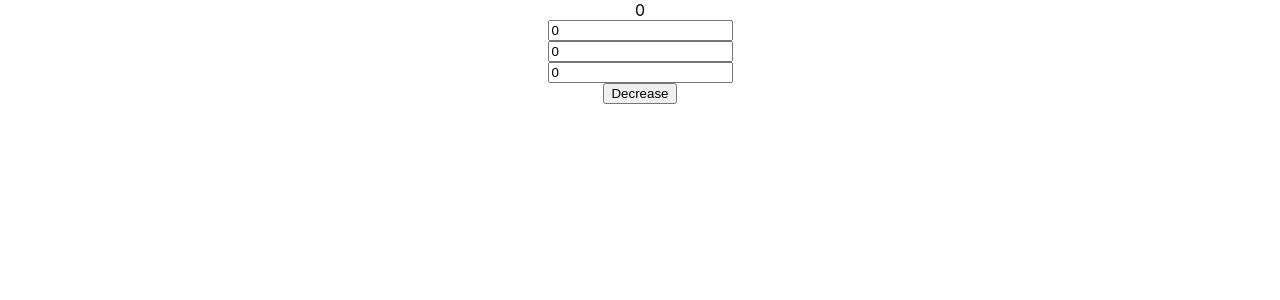
Repository: purnimapatel/SI-calculator
Page: /
The author's editor kept a copy of each file at every save. The page is drawn from the files as they stood at one save, then again after the next save.
The browser window is 1280 px wide. The pictures show the whole page.
The project was rebuilt for these pictures with package versions that can differ from the ones it lists, and the page was loaded fresh each time.

Above is the page before, as saved 2024-08-26 11:03:21.

After the next save:
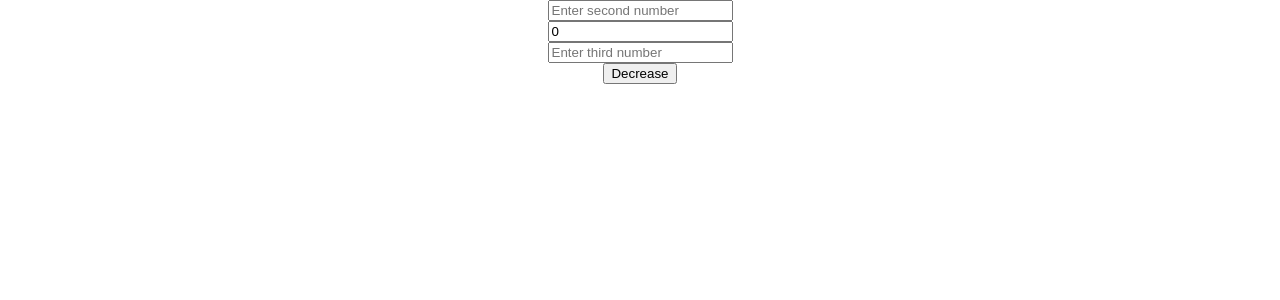
Saved 105 s later.
--- a/src/App.jsx
+++ b/src/App.jsx
@@ -3,10 +3,10 @@ import './App.css';
 import { useState } from 'react';
 
 function App() {
-  const[rate, setRate]=(useState(0));
+  const[rate, setRate]=(useState());
   const[principle, setPrinciple]=(useState(0));
-  const[time, setTime]=(useState(0));
-  const[res, setRes]=(useState(0));
+  const[time, setTime]=(useState());
+  const[res, setRes]=(useState());
   return(
 
 
